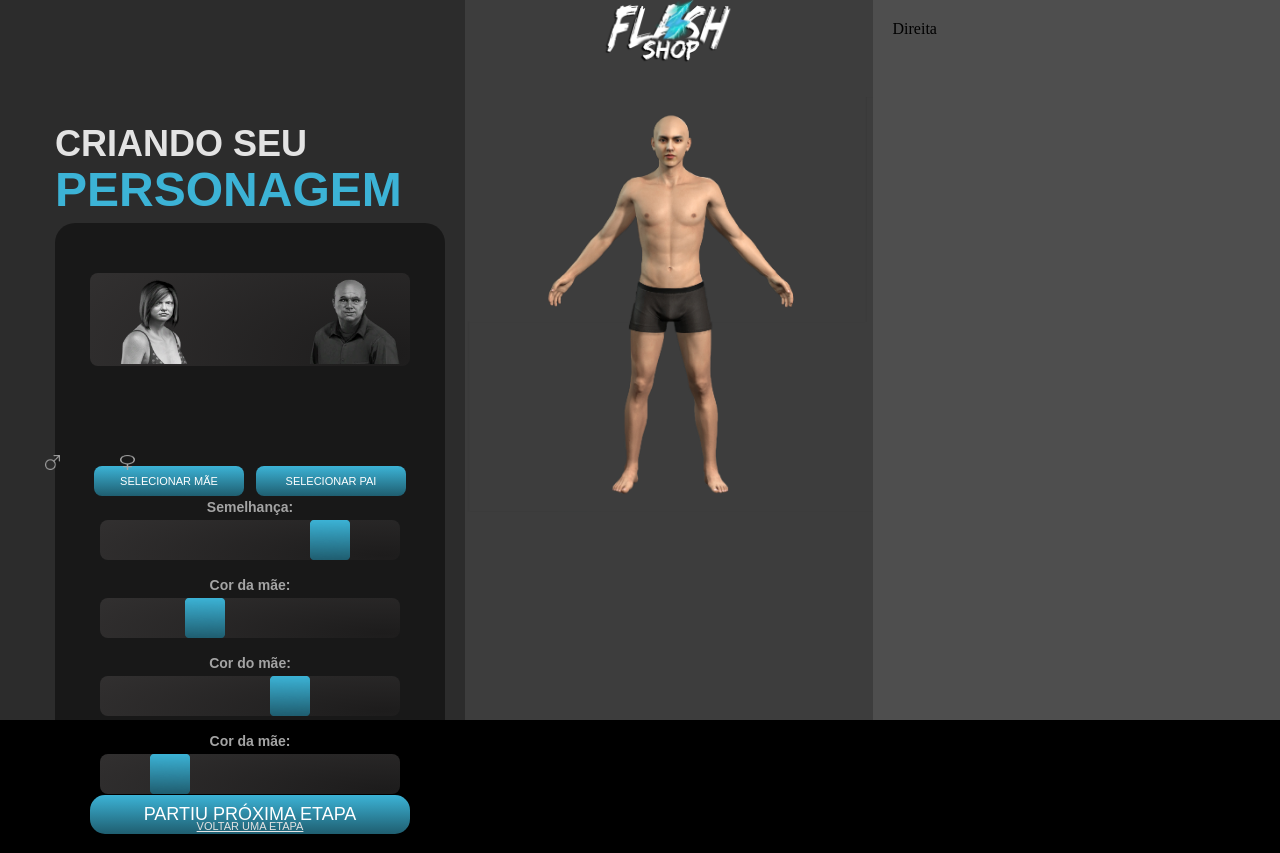
Repository: DuMCorrea/CriandoPerso
Page: index.html
An editor plug-in stored every save of this project. The page is shown before and after the next save, followed by the edit.
The browser window is 1280 px wide. The pictures show the whole page.

Above is the page before, as saved 2024-08-29 15:31:54.

After the next save:
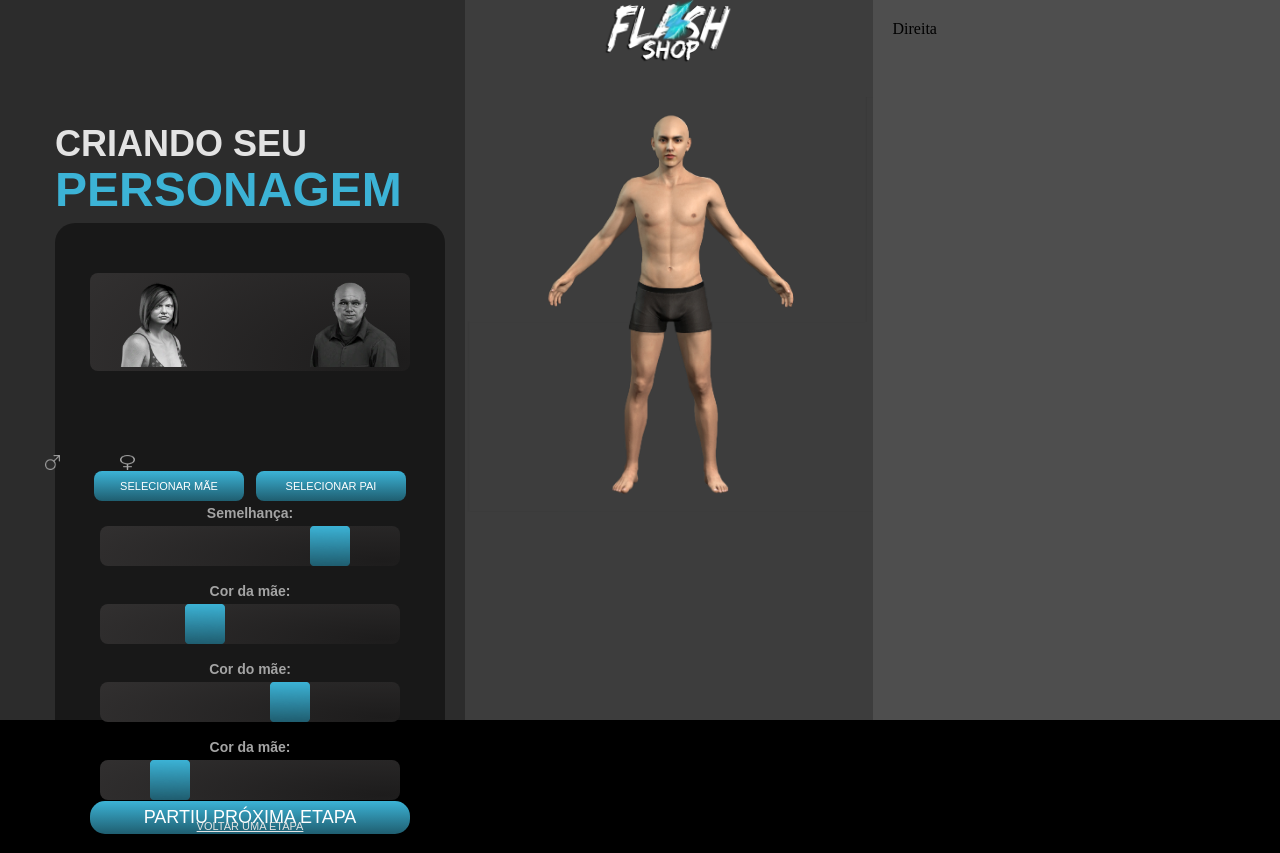
Saved 4 s later.
--- a/styles.css
+++ b/styles.css
@@ -235,7 +235,7 @@
 
 .image-rectangle {
     width: 300px; /* Largura do retângulo */
-    height: 120px; /* Altura do retângulo */
+    height: 150px; /* Altura do retângulo */
     background: radial-gradient(547.21% 823.76% at 94.51% 88.04%, #1D1C1C 0%, #837E7E 100%); /* Gradiente de fundo */
     border-radius: 8px; /* Bordas arredondadas */
     display: flex;
